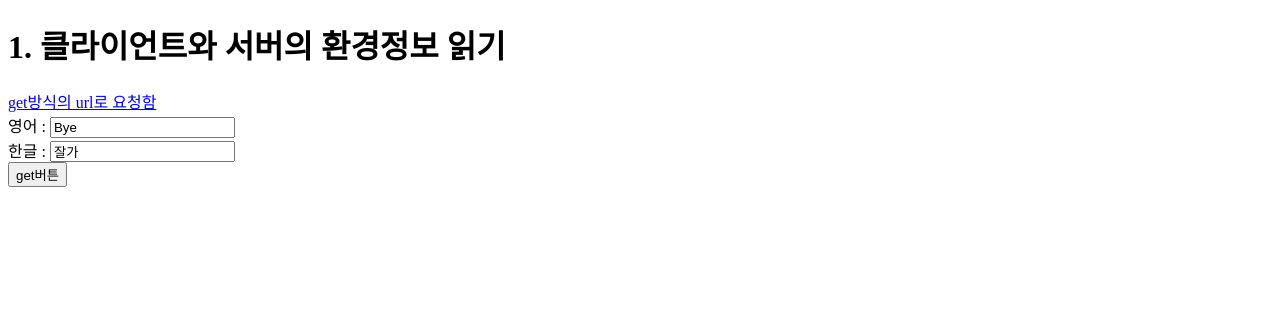
Repository: AHJ2616/Java
Page: http://localhost/board-jsp/02ImplicitObject/RequestMain.jsp
The author's editor kept a copy of each file at every save. The page is drawn from the files as they stood at one save, then again after the next save.
The browser window is 1280 px wide. The pictures show the whole page.
The page is served by Tomcat 9.

Above is the page before, as saved 2024-07-22 06:53:04.

After the next save:
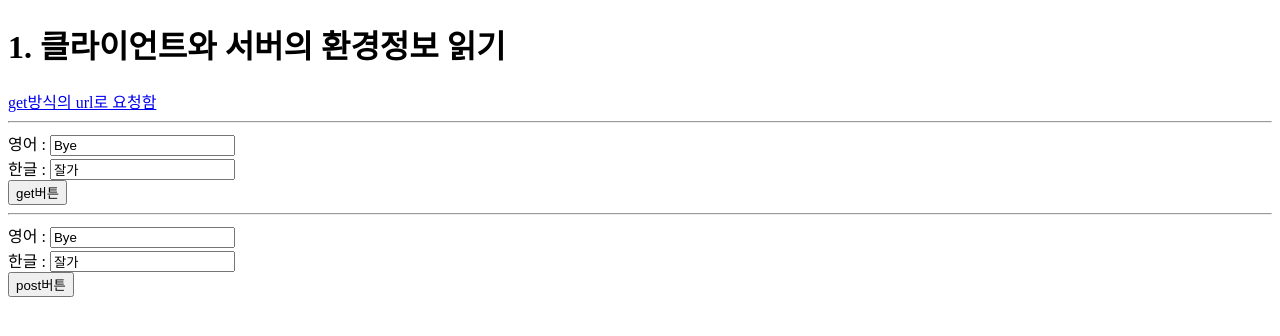
Saved 3 min 17 s later.
--- a/jsp_workspace/board-jsp/src/main/webapp/02ImplicitObject/RequestMain.jsp
+++ b/jsp_workspace/board-jsp/src/main/webapp/02ImplicitObject/RequestMain.jsp
@@ -10,15 +10,18 @@
 	<h1> 1. 클라이언트와 서버의 환경정보 읽기 </h1>
 	<a href="./RequestWebInfo.jsp?eng=hello&han=안녕"> get방식의 url로 요청함</a>
 	<br>
-
+	<hr>
 	<form action="RequestWebInfo.jsp" method="get">
 	영어 : <input type="text" name="eng" value="Bye" /><br>
 	한글 : <input type="text" name="han" value="잘가" /><br>
 			<input type="submit" value="get버튼" />
 	</form>
-
-
-
+	<hr>
+	<form action="RequestWebInfo.jsp" method="post">
+	영어 : <input type="text" name="eng" value="Bye" /><br>
+	한글 : <input type="text" name="han" value="잘가" /><br>
+			<input type="submit" value="post버튼" />
+	</form>
 
 
 </body>
